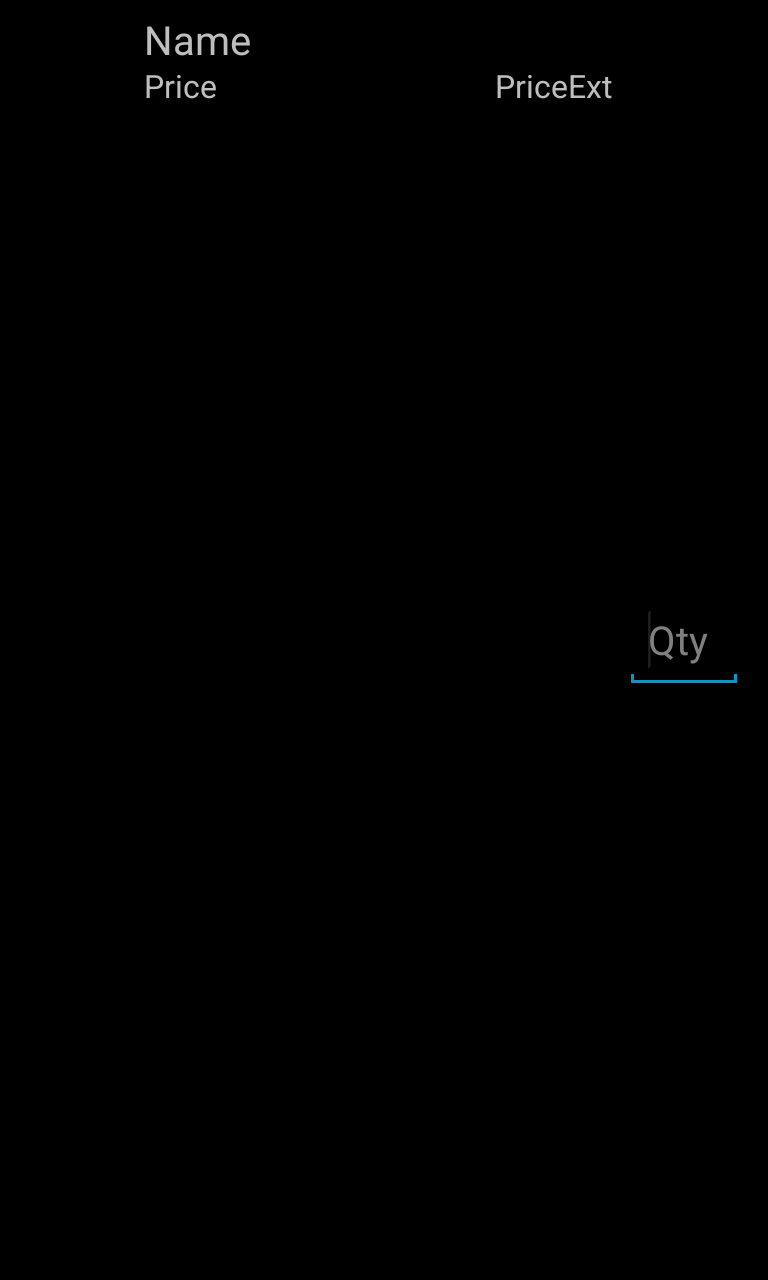
Repository: Adammdit/DT2283GUI
Layout: GunSmoke/res/layout/listrow_details.xml
The author's editor kept a copy of each file at every save. The layout is drawn from the files as they stood at one save, then again after the next save.
It is drawn on a 768 x 1280 px phone screen (xhdpi) without system bars, with theme android:Theme.Holo; the app's code is not run.

Above is the layout before, as saved 2014-11-07 16:49:43.

After the next save:
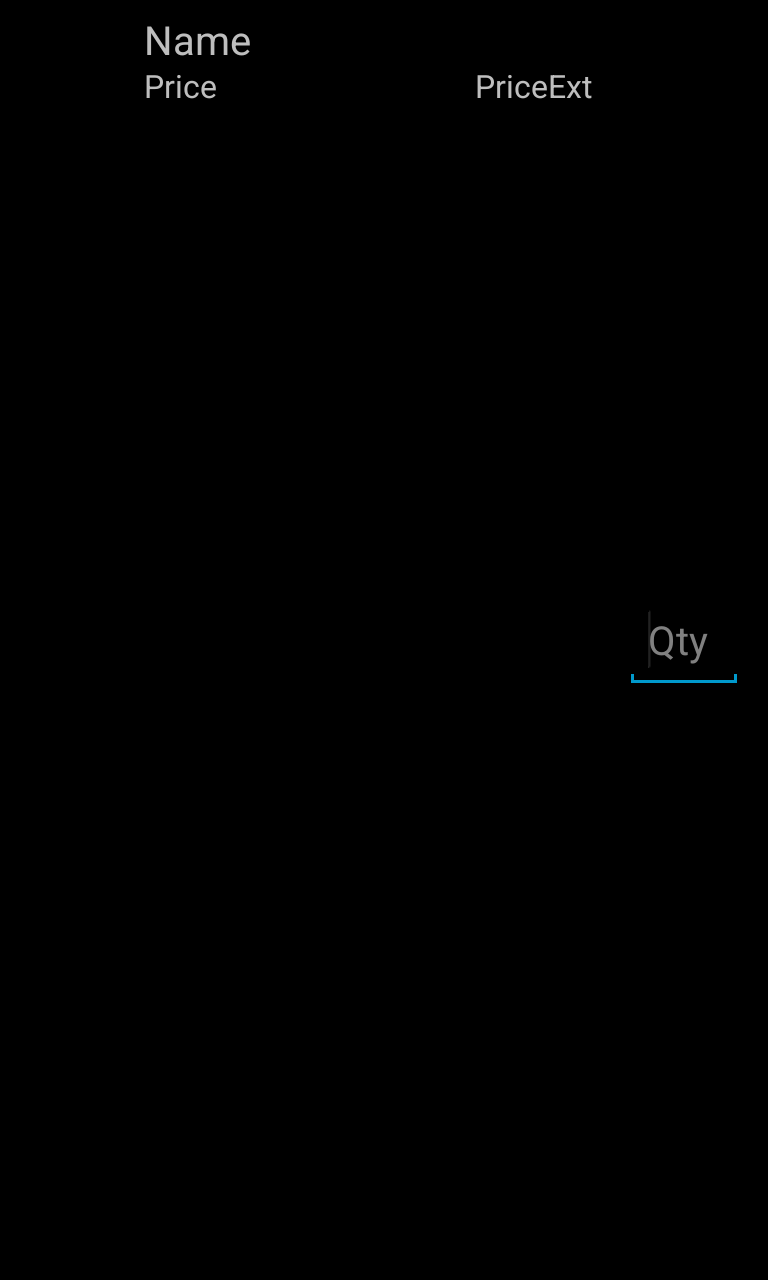
Saved 18 s later.
--- a/GunSmoke/res/layout/listrow_details.xml
+++ b/GunSmoke/res/layout/listrow_details.xml
@@ -37,7 +37,7 @@
         android:layout_height="26dp"
         android:layout_below="@+id/weaponeName"
         android:layout_toLeftOf="@+id/qty"
-        android:layout_marginRight="6dip"
+        android:layout_marginRight="16dip"
 		android:text="PriceExt"
         android:textSize="16sp" />
 
